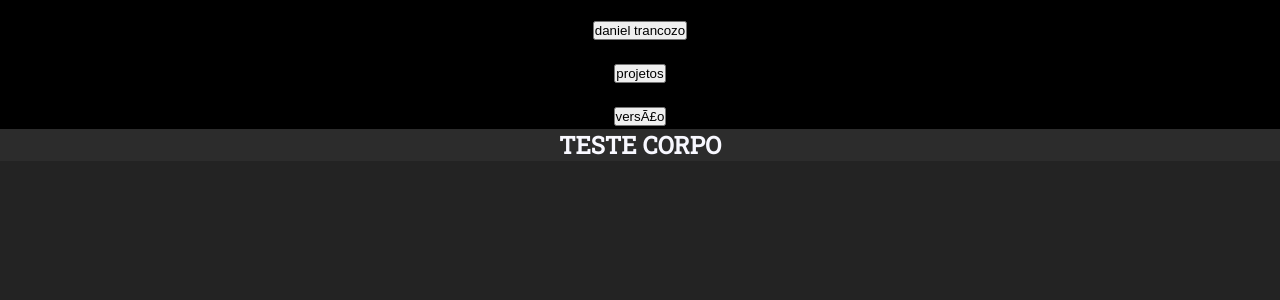
Repository: danieltrancozo/danieltrancozo.github.io
Page: index.html
An editor plug-in stored every save of this project. The page is shown before and after the next save, followed by the edit.
The browser window is 1280 px wide. The pictures show the whole page.

Above is the page before, as saved 2021-05-04 23:11:27.

### index.html
<!DOCTYPE html>
<meta charset="UFT-8">
<meta name="lenguage" content="pt-br">
<meta name="autor" content="Daniel Trancozo Vianna">
<meta name="description" content="Portifolio de Desenvolvedor Web">
<meta name="keywords" content="HTML, CSS, JS, web development, portifolio">
<html>

<head>
    <title>Minha P&aacutegina</title>
    <link rel="stylesheet" type="text/css" href="css/estilo3.css">
    <link rel="preconnect" href="https://fonts.gstatic.com">
    <link href="https://fonts.googleapis.com/css2?family=Playfair+Display&family=Roboto+Slab&display=swap" rel="stylesheet">
    <script>
    </script>
</head>
<body>
    <div class="container">
        <div class="cab">
            <h1 style="text-transform: uppercase;">
                <nav class="menu">
                    <ul>
                        <li><button>daniel trancozo</button></li>
                        <li><button>projetos</button></li>
                        <li><button>versão</button></li>
                    </ul>
                </nav>
            </h1>
        </div>
        <div class="corp">
            <h2 style="text-transform: uppercase;">teste corpo</h2>
        </div>
    </div>
    <div class="t2"></div>
</body>
</html>

### css/estilo3.css
@import url('https://fonts.googleapis.com/css2?family=Playfair+Display&family=Roboto+Slab&display=swap');
* {
    margin: 0;
    padding: 0;
}
body{
    background-color: rgba(0, 0, 0, 0.863);
    color: antiquewhite;
    text-align: center;
}
.container{
    background-color: transparent;
    display: flex;
    flex-direction: column;
}
.cab{
    background-color: black;
    color: silver;
    font-family: 'Playfair Display', serif;
    height: 10%;
}
.corp{
    background-color: rgb(44, 44, 44);
    color: ghostwhite;
    font-family: 'Roboto Slab', serif;
    height: 90%;
}
.t2{
    background-color: transparent;
    width: 100%;
    height: 100%;
    visibility: hidden;
}
.manu{
    text-align: center;
    border-color: transparent;
}
td{
    width: 34%;
}

After the next save:
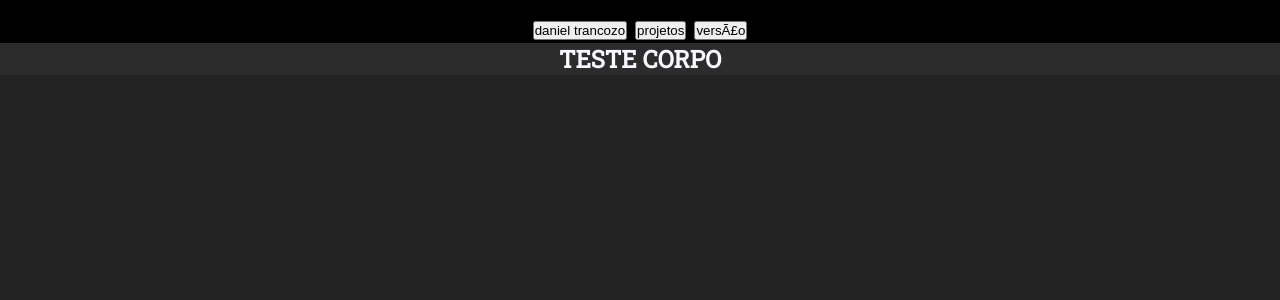
Saved 97 s later.
--- a/css/estilo3.css
+++ b/css/estilo3.css
@@ -31,10 +31,11 @@ body{
     height: 100%;
     visibility: hidden;
 }
-.manu{
+.manu ul{
     text-align: center;
     border-color: transparent;
+    list-style: none;
 }
-td{
-    width: 34%;
+.menu ul li{
+    display: inline;
 }
